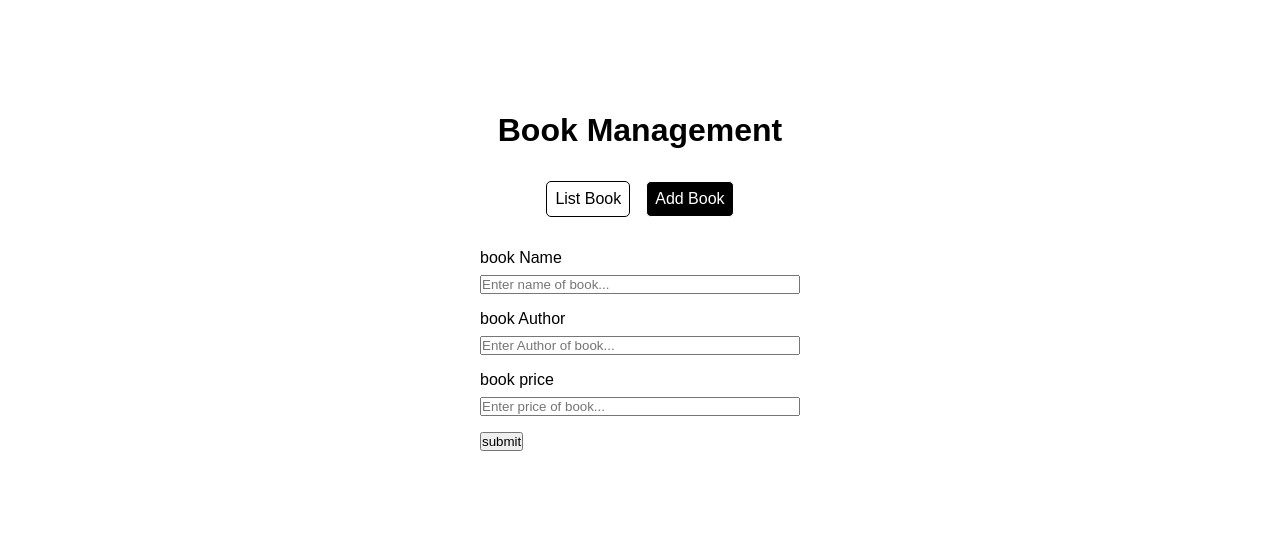
Repository: wakoya-tech/e-library-app1
Page: /add
An editor plug-in stored every save of this project. The page is shown before and after the next save, followed by the edit.
The browser window is 1280 px wide. The pictures show the whole page.
The project was rebuilt for these pictures with package versions that can differ from the ones it lists, and the page was loaded fresh each time. Also part of the build but not shown: vite.config.js, src/components/ListBook.jsx.

Above is the page before, as saved 2025-10-11 23:09:15.

### src/main.jsx
import React from 'react'
import ReactDOM from 'react-dom/client'
import { BrowserRouter } from 'react-router-dom'
import App from './App'
ReactDOM.createRoot(document.getElementById('root')).render(
  <React.StrictMode>
    <BrowserRouter>
    <App />
    </BrowserRouter>

  </React.StrictMode>,
)

### src/App.jsx
import './App.css';
import Header from './components/Header.jsx';
import { Routes, Route } from "react-router-dom";
import ListBook from './components/ListBook.jsx';
import AddBook from './components/AddBook.jsx';
import BookForm from './form/BookForm.jsx';
function App() {
  return (
    <div className="App">
      <Header />
    <Routes>
     < Route path='/' element={<ListBook/>}/>
     < Route path='/add' element={<AddBook/>}/>
    </Routes>
    </div>
  );
}

export default App;

### src/App.css
*{
  margin: 0;
  padding: 0;
  box-sizing: border-box;
}
body{
  font-family: Arial, Helvetica, sans-serif;
}
.container{
  max-width: 40rem;

  margin: 7rem auto 0;
}
header{
  text-align: center;

}
header nav{
  margin-top: 2rem;
  display: flex;
  justify-content: center;
  gap: 1rem;
}
header nav > a {
  text-decoration: none;
  border: 1px solid;
  padding: 0.5rem;
  border-radius: 5px;
  color: black;
}
header nav > .active{
  background: black;
  color: white;
}
.form{
  margin: 2rem auto;
  max-width: 20rem;
}
.inputField{
  display: flex;
  flex-direction: column;
  gap:0.5rem;
  margin-bottom:1rem;
}

### src/components/Header.jsx
import React from "react"
import { NavLink } from "react-router-dom"
import { BrowserRouter as Router, Routes, Route } from 'react-router-dom';
function Header(){
    const navigation =[
        {path:'/',name:'List Book'},
        { path:'/add', name:'Add Book'}
    ]
    return(<div className="container">
<header>
    <h1>Book Management</h1>
    <nav>
       {navigation.map(nav=>(
        <NavLink
       key={nav.name}
        to={nav.path}>
{nav.name}
        </NavLink>
       ))}
         </nav>
</header>
    </div>)
}
export default Header

### src/components/AddBook.jsx
import BookForm from "../form/BookForm.jsx"
const AddBook = () =>{
    const handleOnSubmit=()=>{
        console.log("Add new book");
    }
    return(
        <div className="addForm">
            <BookForm handleSubmit={handleOnSubmit}/>
        </div>

    )
}
export default AddBook

### src/form/BookForm.jsx


const  BookForm=({handleSubmit})=> {
const onSubmit=(e)=>{
    e.preventDefault();
    handleSubmit();
}
    const renderInputField = (label,placeholder,name)=>(
        <div className="inputField">

       <label>{label}</label>
            <input name={name} type="text" placeholder={placeholder} />
        </div>
    )
  return (
<form onSubmit={onSubmit} className="form">

{renderInputField('book Name ','Enter name of book...','name')}
{renderInputField('book Author ','Enter Author of book...','author')}
{renderInputField('book price' ,'Enter price of book...','price')}
<button type="submit"className="btnForm">submit</button>
</form>
  )
}

export default BookForm

Loaded but not shown: index.html (common file)

After the next save:
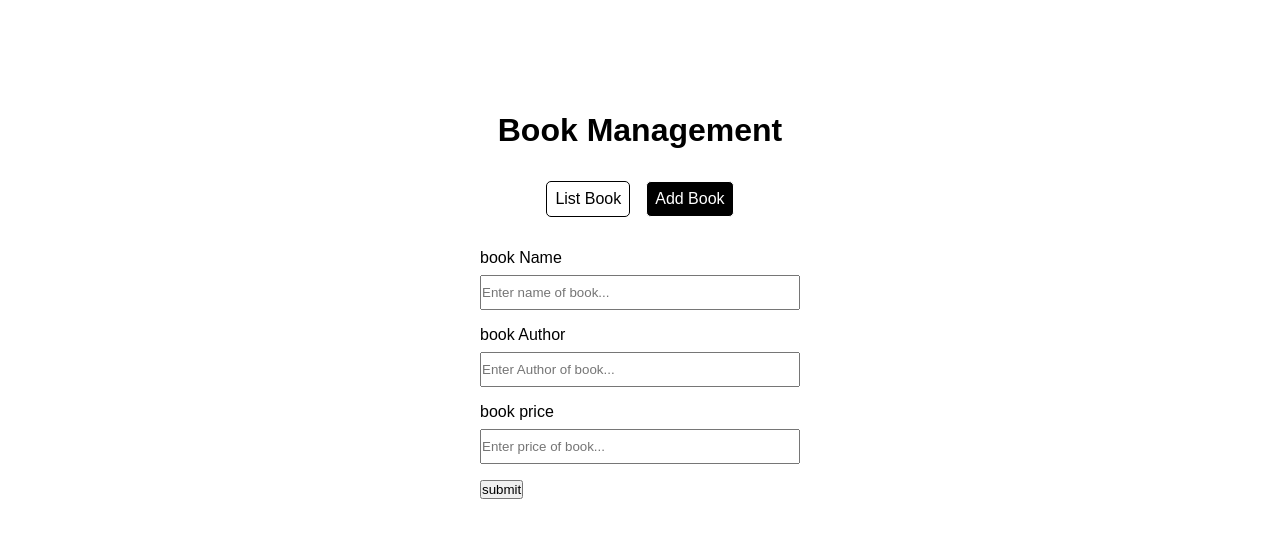
Saved 5 min 6 s later.
--- a/src/App.css
+++ b/src/App.css
@@ -42,3 +42,6 @@ header nav > .active{
   gap:0.5rem;
   margin-bottom:1rem;
 }
+.inputField input {
+  padding: 0.5rem 1rem 0.5rem 0;
+}
